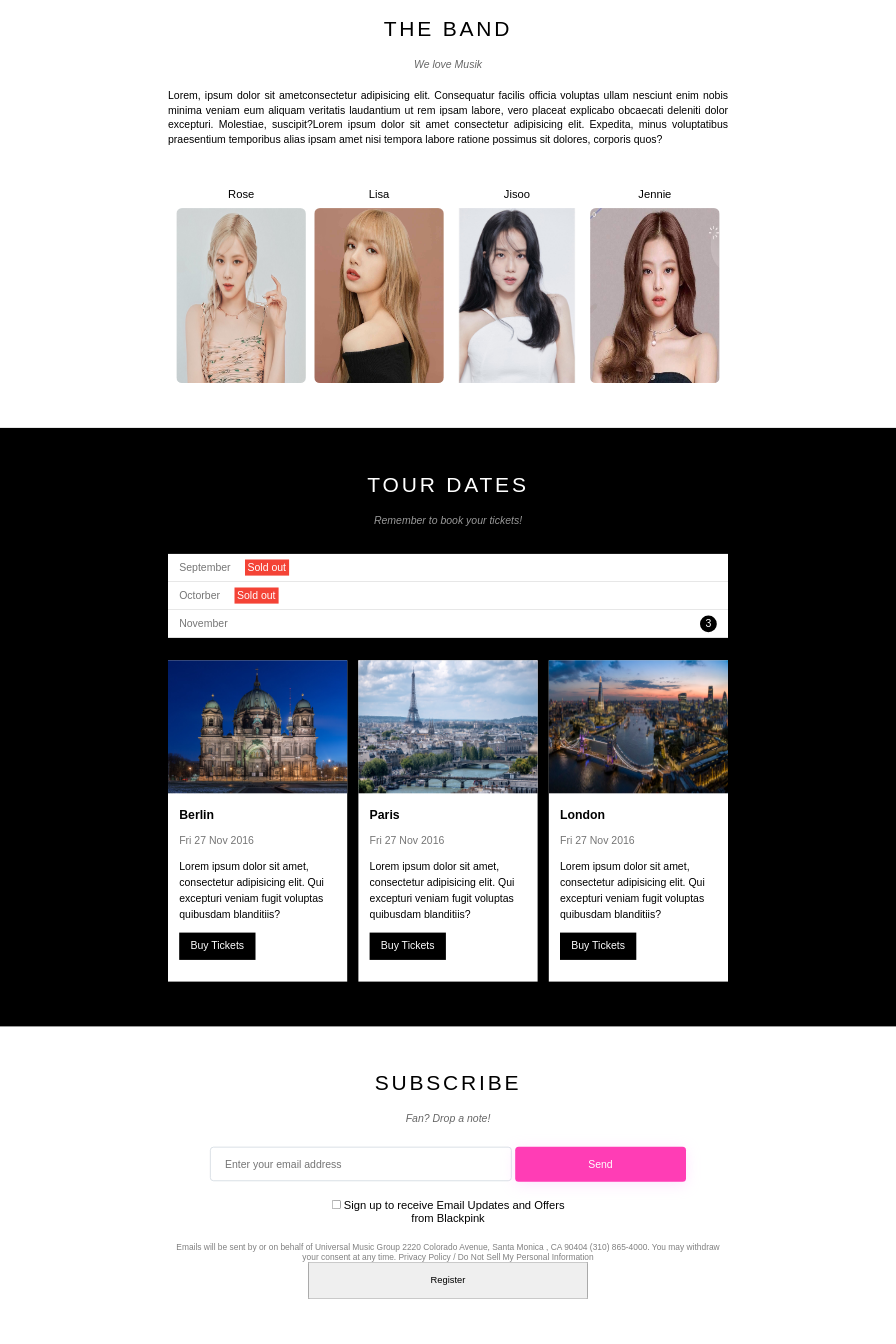
Repository: AiTrinh303/First-Project
Page: /
The author's editor kept a copy of each file at every save. The page is drawn from the files as they stood at one save, then again after a run of saves.
The browser window is 1280 px wide. The pictures show the part of the page from y = 726 to 2646 px (the page is 2646 px tall before and 2628 px after), at 70% of full size.
The project was rebuilt for these pictures with package versions that can differ from the ones it lists, and the page was loaded fresh each time.

Above is the page before, as saved 2024-01-23 10:25:51.

After the next 3 saves:
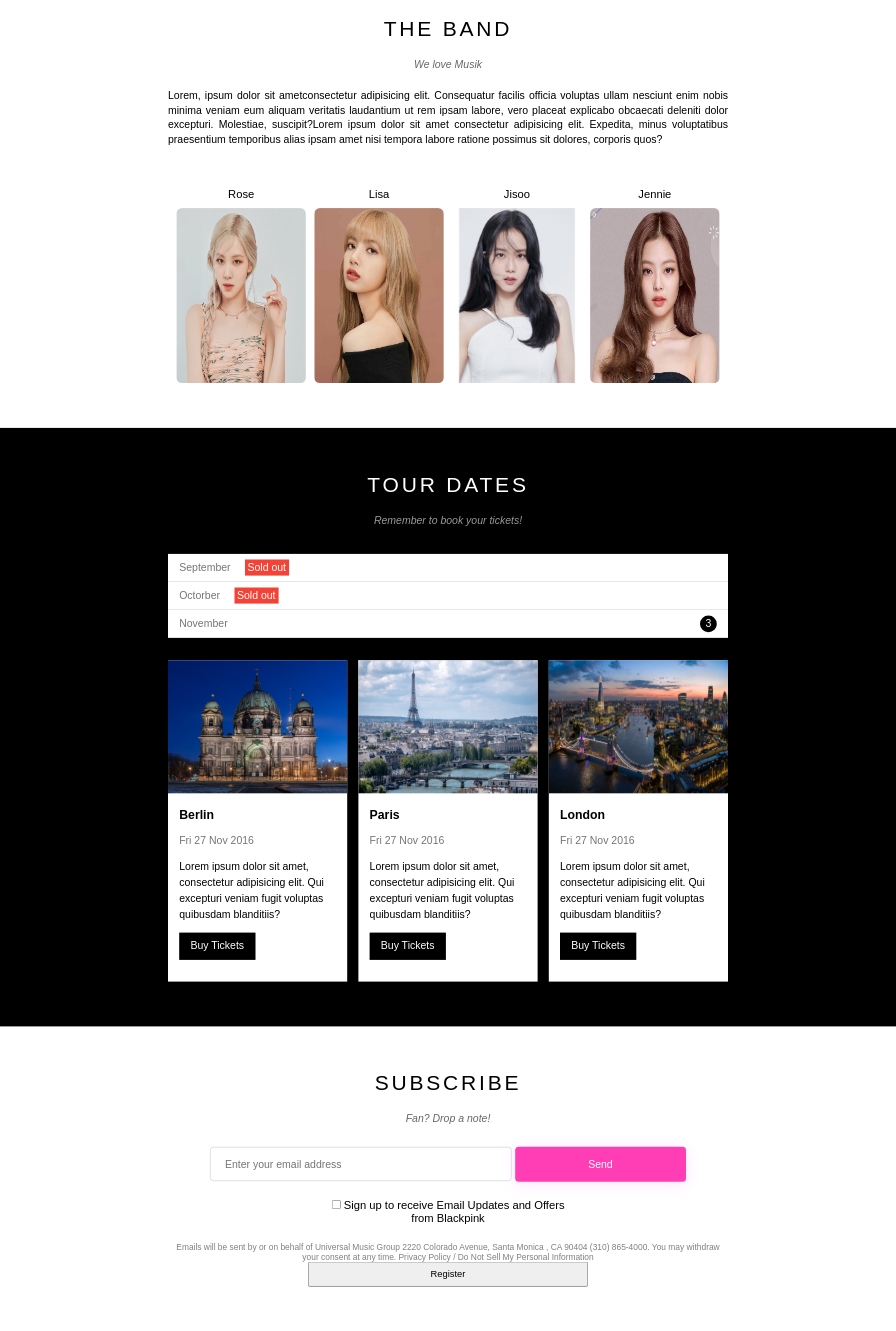
The 3 saves are shown as one change because they came seconds apart.
The last was saved 9 s later.
--- a/src/styles/main.css
+++ b/src/styles/main.css
@@ -322,7 +322,7 @@ width: 345px;
 
 .form-btn{
   width: 400px;
-  line-height: 50px;
+  line-height: 32px;
 }
 
 
